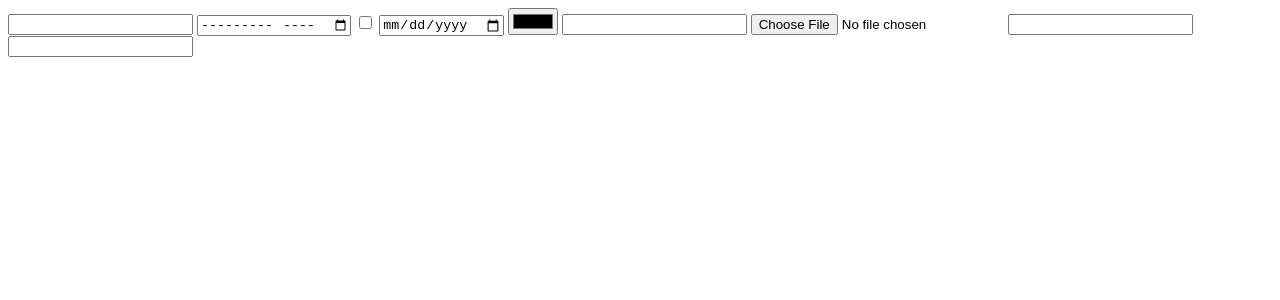
Repository: Pang-Ho/TIL
Page: JavaScript/workspace_web/htmltest/WebContent/formtest.html
The author's editor kept a copy of each file at every save. The page is drawn from the files as they stood at one save, then again after the next save.
The browser window is 1280 px wide. The pictures show the whole page.

Above is the page before, as saved 2021-08-19 07:06:25.

### JavaScript/workspace_web/htmltest/WebContent/formtest.html
<!DOCTYPE html>
<html>
<head>
<meta charset="UTF-8">
<title>form</title>
</head>
<body>

<form>
	<input type="text" name="search">
	<input type="month">
	<input type="checkbox">
	<input type="date">
	<input type="color">
	<input type="datetime">
	<input type="file">
	<input type="hidden">
	<input type="url">
	<input type="password">
</form>

</body>
</html>

After the next save:
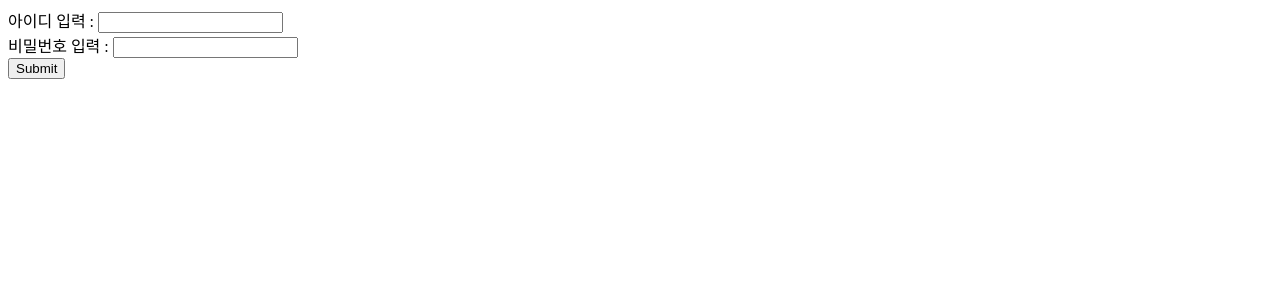
Saved 2 min 42 s later.
--- a/JavaScript/workspace_web/htmltest/WebContent/formtest.html
+++ b/JavaScript/workspace_web/htmltest/WebContent/formtest.html
@@ -7,16 +7,9 @@
 <body>
 
 <form>
-	<input type="text" name="search">
-	<input type="month">
-	<input type="checkbox">
-	<input type="date">
-	<input type="color">
-	<input type="datetime">
-	<input type="file">
-	<input type="hidden">
-	<input type="url">
-	<input type="password">
+	아이디 입력 : <input type="text" name="Loginid"><br>
+	비밀번호 입력 : <input type="password" name="Loginpw"><br>
+	<input type="submit">
 </form>
 
 </body>
